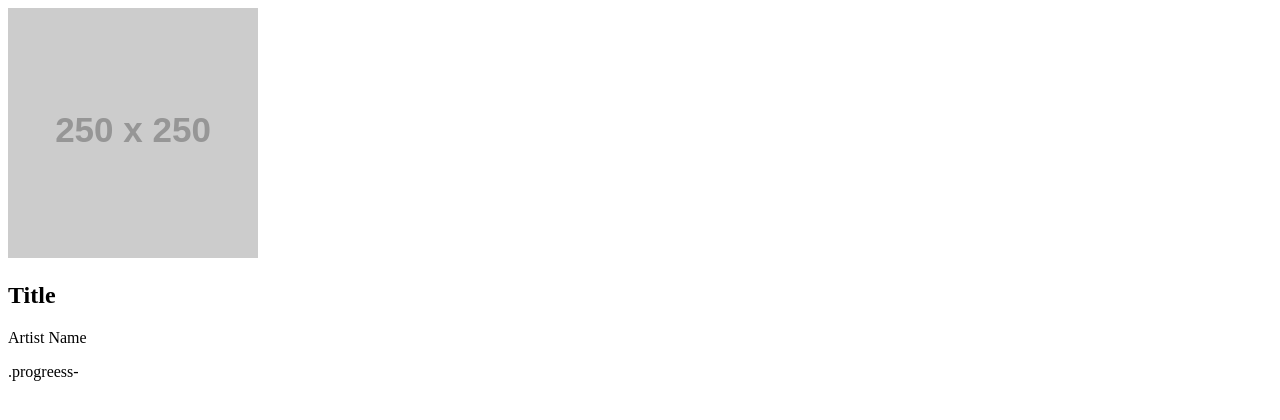
Repository: Abdulahi338/mp3-player-using-js
Page: AudioPlayer/index.html
These files come from the project's save history. The page is drawn as it stood at one moment and after the next save; the edit follows.
The browser window is 1280 px wide. The pictures show the whole page.

Above is the page before, as saved 2025-02-01 19:29:00.

After the next save:
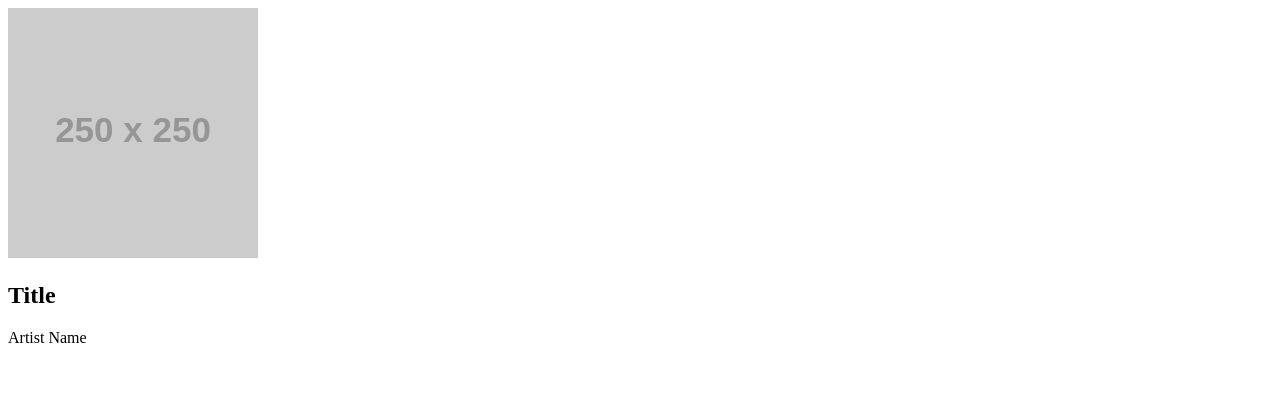
Saved 3 s later.
--- a/AudioPlayer/index.html
+++ b/AudioPlayer/index.html
@@ -14,7 +14,9 @@
             <p id="artist">Artist Name</p>
         </div>
         <div class="progress-container">
-            .progreess-
+            <div class="progreess-bar">
+
+            </div>
         </div>
     </div>
   <script src="mian.js"></script>
